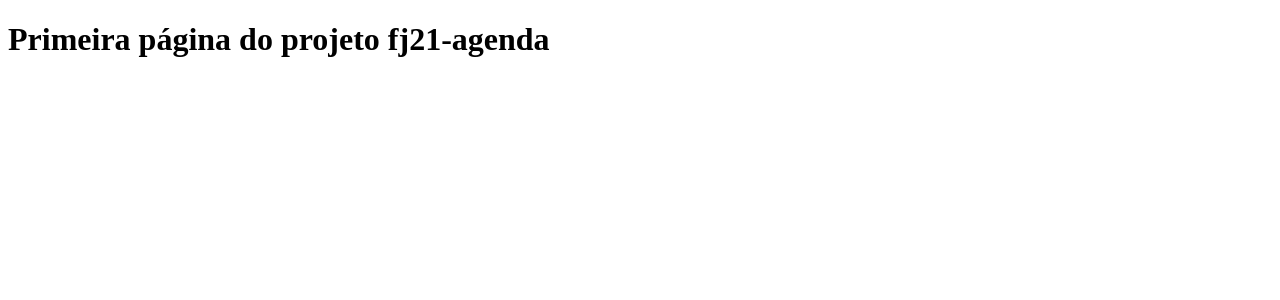
Repository: eduardocorreadesa/progweb
Page: Workspace/fj21-agenda/WebContent/index.html
These files come from the project's save history. The page is drawn as it stood at one moment and after the next save; the edit follows.
The browser window is 1280 px wide. The pictures show the whole page.

Above is the page before, as saved 2016-10-05 00:00:05.

### Workspace/fj21-agenda/WebContent/index.html
<!DOCTYPE html>
<html>
<head>
<meta charset="UTF-8">
<title>Projeto fj21-agenda</title>
</head>
<body>
	<h1>Primeira página do projeto fj21-agenda</h1>
</body>
</html>

After the next save:
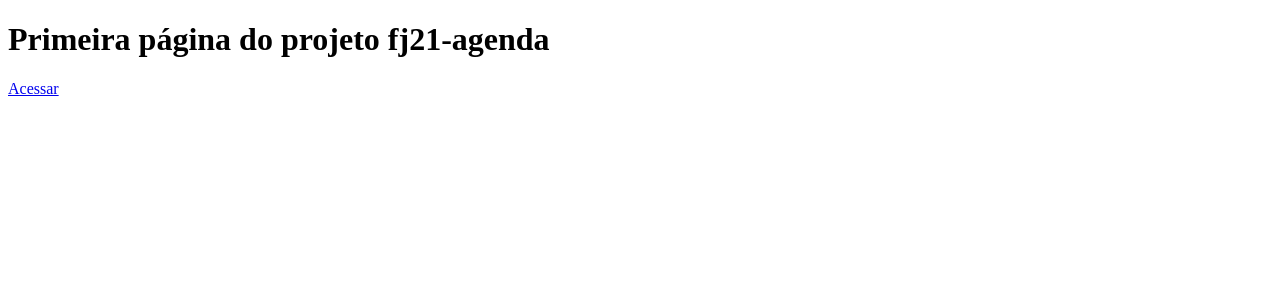
Saved 72 s later.
--- a/Workspace/fj21-agenda/WebContent/index.html
+++ b/Workspace/fj21-agenda/WebContent/index.html
@@ -6,5 +6,6 @@
 </head>
 <body>
 	<h1>Primeira página do projeto fj21-agenda</h1>
+	<a href="/fj21-agenda/WebContent/index.html">Acessar</a>
 </body>
 </html>
